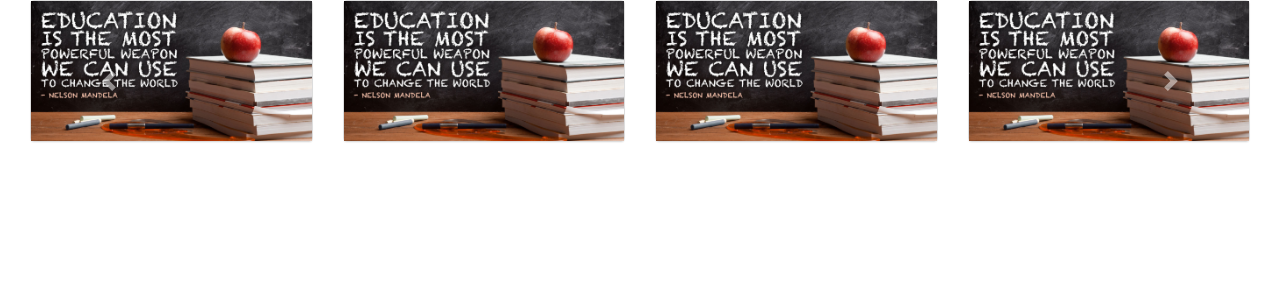
Repository: isranivishal/TsecCodestorm
Page: slider.html
The author's editor kept a copy of each file at every save. The page is drawn from the files as they stood at one save, then again after the next save.
The browser window is 1280 px wide. The pictures show the whole page.
Some web libraries are served in a nearby version.

Above is the page before, as saved 2018-09-21 19:08:37.

After the next save:
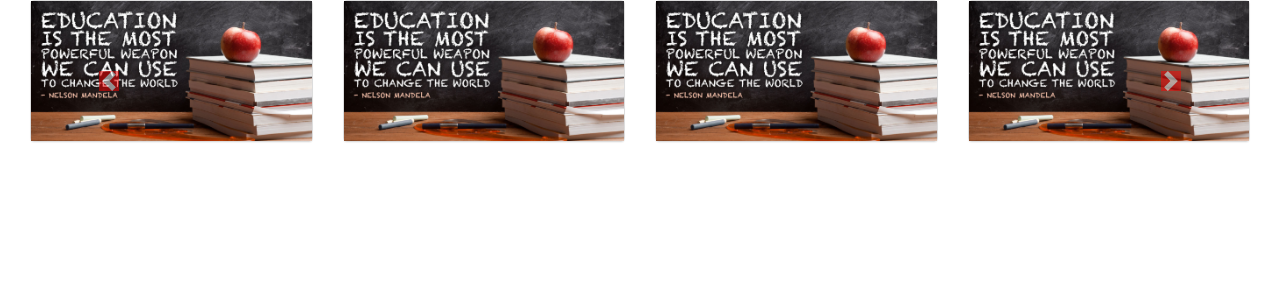
Saved 5 min 11 s later.
--- a/slider.html
+++ b/slider.html
@@ -88,6 +88,11 @@
             #profile-grid .thumbnail {margin-bottom:6px;}
             #profile-grid .panel-thumbnail { overflow: hidden; }
             #profile-grid .img-rounded { border-radius: 4px 4px 0 0;}
+
+            body .carousel-control-prev-icon,
+body .carousel-control-next-icon{
+  background-color:red;
+}
         </style>
         <script>
             $('#carouselExample').on('slide.bs.carousel', function (e) {
